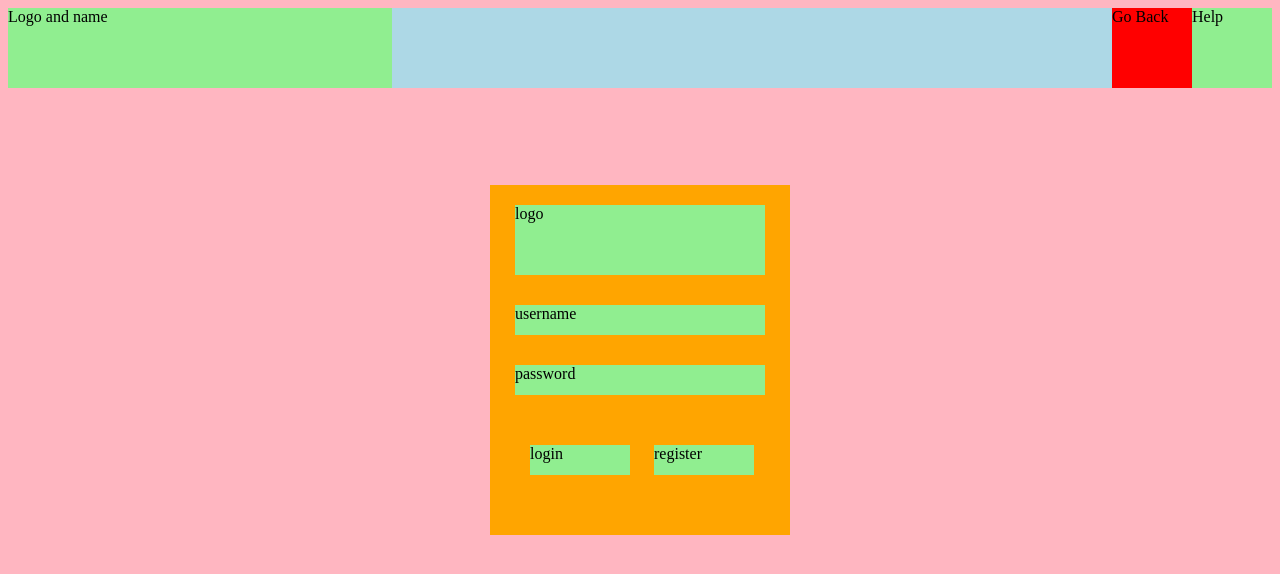
Repository: poornasyamasundar/Software-Project-Manager
Page: SoftwareManager/Templates/login.html
The author's editor kept a copy of each file at every save. The page is drawn from the files as they stood at one save, then again after the next save.
The browser window is 1280 px wide. The pictures show the whole page.

Above is the page before, as saved 2021-10-17 23:48:26.

### SoftwareManager/Templates/login.html
<!DOCTYPE html>
<html>
	<head>
		<link rel = 'stylesheet' href = 'login.css'>
		<title>
			Login page
		</title>
	</head>
	<body>
		<div id = 'homeMenu'>
			<div id = 'logo'>Logo and name</div>
			<div id = 'help'>Help</div>
			<div id = 'goback'>Go Back</div>
		</div>
		<div id = 'loginbox'>
			<div id = 'loginlogo'>
				logo
			</div>
			<div id = 'username'>
				username
			</div>
			<div id = 'password'>
				password
			</div>
			<div id = 'login'>
				login
			</div>
			<div id = 'register'>
				register
			</div>
		</div>
	</body>
</html>

### SoftwareManager/Templates/login.css
body
{
	background-color: lightpink;
}
#homeMenu
{
	width: 100%;
	height: 80px;
	background-color: lightblue;
}
#logo
{
	width: 30vw;
	height: 80px;
	display: inline-block;
	background-color: lightgreen;
}
#goback
{
	width: 80px;
	height: 80px;
	display: inline-block;
	float: right;
	background-color: red;
}
#help
{
	width: 80px;
	height: 80px;
	display: inline-block;
	float: right;
	background-color: lightgreen;
}
#loginbox
{
	height: 350px;
	width: 300px;
	background-color: orange;
	position: absolute;
	top: 0;
	bottom: 0;
	left: 0;
	right: 0;
	margin: auto;
}
#loginlogo
{
	height: 70px;
	width: 250px;
	background-color: lightgreen;
	margin: auto;
	margin-top: 20px;
}
#username, #password
{
	height: 30px;
	width: 250px;
	background-color: lightgreen;
	margin: auto;
	margin-top: 30px;
}
#login
{
	height: 30px;
	width: 100px;
	background-color: lightgreen;
	display: inline-block;
	margin-top: 50px;
	margin-left: 40px;
}
#register
{
	position: relative;
	height: 30px;
	width: 100px;
	background-color: lightgreen;
	display: inline-block;
	margin-left: 20px;
}

After the next save:
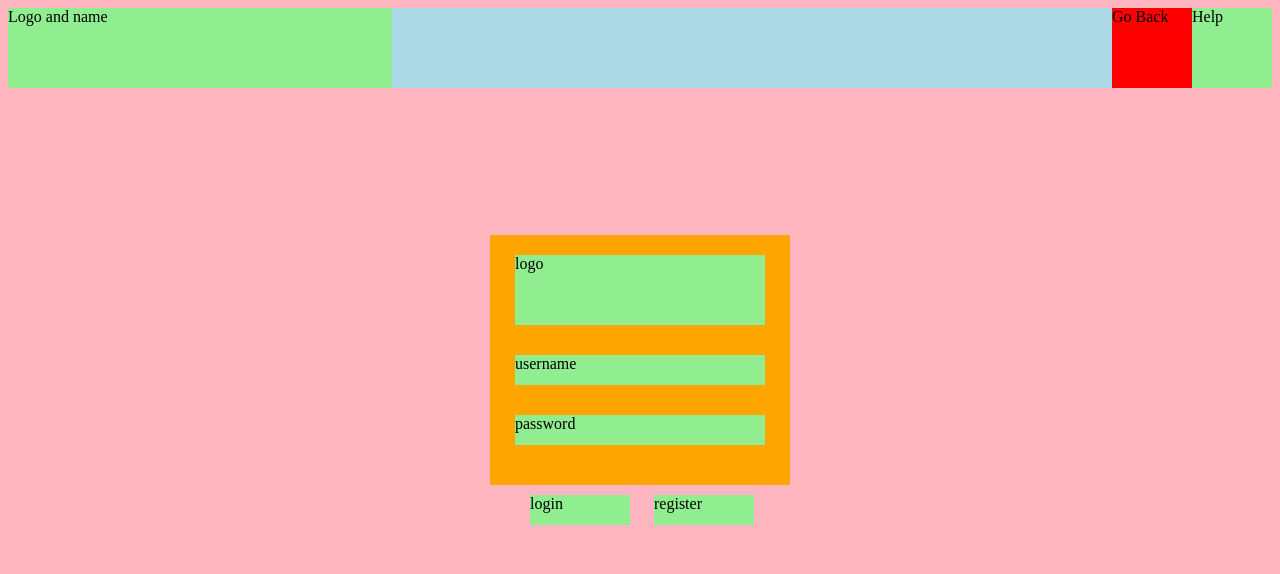
Saved 32 h 22 min later.
--- a/SoftwareManager/Templates/login.css
+++ b/SoftwareManager/Templates/login.css
@@ -33,7 +33,7 @@
 }
 #loginbox
 {
-	height: 350px;
+	height: 250px;
 	width: 300px;
 	background-color: orange;
 	position: absolute;

After the save that followed:
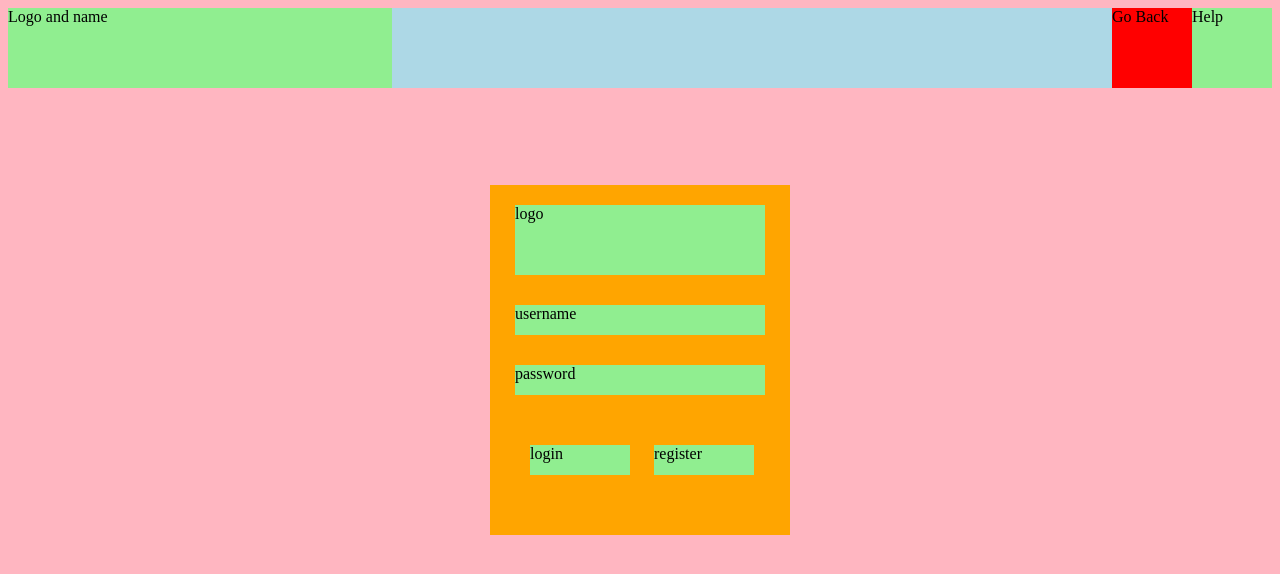
Saved 11 s later.
--- a/SoftwareManager/Templates/login.css
+++ b/SoftwareManager/Templates/login.css
@@ -33,7 +33,7 @@
 }
 #loginbox
 {
-	height: 250px;
+	height: 350px;
 	width: 300px;
 	background-color: orange;
 	position: absolute;
